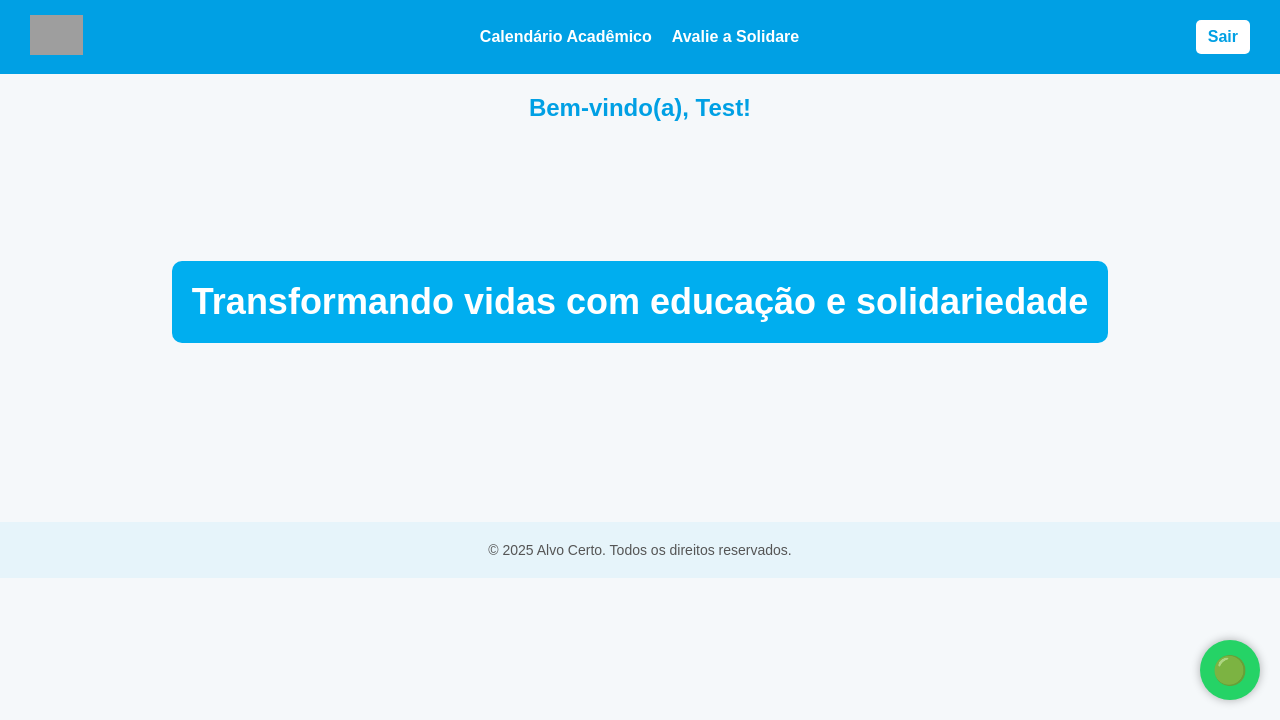
Repository: Guilherme-burle/Portal-do-Aluno-P2
Page: http://localhost/
The author's editor kept a copy of each file at every save. The page is drawn from the files as they stood at one save, then again after a run of saves.
The browser window is 1280 px wide. The pictures show the whole page.
Pictures or frames that could not be fetched are drawn as grey boxes. The page is served by the project's application, run on Django 5.2 (PortaldoAluno/manage.py). A made-up administrator, testuser (Test User, test@example.com), is signed in. Other server files are loaded and not shown.

Above is the page before, as saved 2025-05-16 16:50:33.

### PortaldoAluno/Aplicativo/templates/home.html
<!DOCTYPE html>
<html lang="pt-BR">
<head>
  <meta charset="UTF-8">
  <title>Home - Alvo Certo</title>
  <style>
    * {
      box-sizing: border-box;
    }

    body {
      margin: 0;
      font-family: Arial, sans-serif;
      background-color: #f5f8fa;
    }

    header {
      background-color: #00a0e4;
      padding: 15px 30px;
      display: flex;
      align-items: center;
      justify-content: space-between;
      position: sticky;
      top: 0;
      z-index: 1000;
      flex-wrap: wrap;
    }

    .logo img {
      height: 40px;
    }

    nav ul {
      list-style: none;
      margin: 0;
      padding: 0;
      display: flex;
      gap: 20px;
    }

    nav ul li a {
      color: white;
      text-decoration: none;
      font-weight: bold;
      transition: color 0.3s ease;
    }

    nav ul li a:hover {
      color: #ccefff;
    }

    .auth-buttons {
      display: flex;
      gap: 10px;
    }

    .auth-buttons a {
      background-color: white;
      color: #00a0e4;
      padding: 8px 12px;
      border-radius: 5px;
      text-decoration: none;
      font-weight: bold;
    }

    .auth-buttons a:hover {
      background-color: #e6f4fa;
    }

    .banner {
      background-size: cover;
      background-position: center;
      height: 320px;
      display: flex;
      align-items: center;
      justify-content: center;
      color: white;
      text-align: center;
      animation: zoomIn 20s infinite alternate ease-in-out;
    }

    @keyframes zoomIn {
      from {
        background-size: 100%;
      }
      to {
        background-size: 110%;
      }
    }

    .banner h1 {
      background-color: rgb(0, 174, 239);
      padding: 20px;
      border-radius: 10px;
      font-size: 36px;
    }

    .whatsapp-float {
      position: fixed;
      bottom: 20px;
      right: 20px;
      background-color: #25d366;
      color: white;
      border-radius: 50%;
      width: 60px;
      height: 60px;
      display: flex;
      align-items: center;
      justify-content: center;
      font-size: 28px;
      box-shadow: 0 0 10px rgba(0,0,0,0.3);
      z-index: 999;
      text-decoration: none;
    }

    footer {
      background-color: #e6f4fa;
      text-align: center;
      padding: 20px;
      margin-top: 60px;
      font-size: 14px;
      color: #555;
    }

    @media (max-width: 768px) {
      nav ul {
        flex-wrap: wrap;
        gap: 10px;
        margin-top: 10px;
      }

      .auth-buttons {
        margin-top: 10px;
      }

      .banner h1 {
        font-size: 24px;
        padding: 10px;
      }
    }
  </style>
</head>
<body>

  <header>
    <div class="logo">
      <img src="https://i.imgur.com/7H8lMIL.png" alt="Logo Alvo Certo">
    </div>

    <nav>
      <ul>
        {% if user.is_authenticated %}
        <li><a href="{% url 'calendario' %}">Calendário Acadêmico</a></li>
        <li><a href="{% url 'avaliacao' %}">Avalie a Solidare</a></li>
        {% endif %}
      </ul>
    </nav>

    <div class="auth-buttons">
      {% if user.is_authenticated %}
        <a href="{% url 'logout' %}">Sair</a>
      {% else %}
        <a href="{% url 'login' %}">Login</a>
        <a href="{% url 'cadastro' %}">Cadastro</a>
      {% endif %}
    </div>
  </header>

  {% if user.is_authenticated %}
  <h2 style="text-align: center; color: #00a0e4; margin-top: 20px;">
    Bem-vindo(a), {{ user.first_name|default:"usuário" }}!
  </h2>
  {% endif %}

  <section class="banner">
    <h1>Transformando vidas com educação e solidariedade</h1>
  </section>

  <a class="whatsapp-float" href="https://wa.me/5581932514480" target="_blank" title="Fale conosco no WhatsApp">
    🟢
  </a>

  <footer>
    © 2025 Alvo Certo. Todos os direitos reservados.
  </footer>

</body>
</html>

### PortaldoAluno/Aplicativo/decorators.py
from django.shortcuts import redirect

def login_required(view_func):
    def wrapper(request, *args, **kwargs):
        if not request.user.is_authenticated:
            return redirect('login')
        return view_func(request, *args, **kwargs)
    return wrapper

### PortaldoAluno/Aplicativo/views.py
from django.contrib.auth import logout
from django.contrib.auth.models import User
from django.shortcuts import render, redirect, get_object_or_404
from django.contrib.auth import authenticate, login as auth_login
from .models import Aluno, Avaliacao, EventoCalendario
from django.contrib import messages
from django.urls import reverse
from .decorators import login_required
from django.contrib.auth.hashers import make_password
from datetime import datetime
from datetime import date

@login_required
def home(request):
    return render(request, 'home.html')

@login_required
def home_adm(request):
    alunos = Aluno.objects.all()
    return render(request, 'homeadm.html', {'alunos': alunos})

def cadastro(request):
    if request.method == 'POST':
        nome = request.POST.get('nome')
        email = request.POST.get('email')
        senha = request.POST.get('senha')
        is_admin = request.POST.get('is_admin') == 'on'

        print(f"Nome: {nome}")
        print(f"E-mail: {email}")
        print(f"Senha: {senha}")
        print(f"Administrador: {is_admin}")

        if User.objects.filter(email=email).exists():
            return render(request, 'cadastro.html', {'mensagem': 'E-mail já está em uso.'})

        try:
            user = User.objects.create_user(
                username=email,
                email=email,
                password=senha,
                first_name=nome,
                is_superuser=is_admin,
                is_staff=is_admin
            )
            user.save()

            print(f"Usuário {user.username} cadastrado com sucesso!")

            return redirect('login')

        except Exception as e:
            print(f"Erro ao criar o usuário: {e}")
            return render(request, 'cadastro.html', {
                'mensagem': 'Erro ao cadastrar o usuário. Tente novamente.',
                'tipo_mensagem': 'error'
            })

    return render(request, 'cadastro.html')

def login(request):
    if request.method == 'POST':
        username = request.POST.get('username')
        password = request.POST.get('password')

        print(f"Username: {username}, Password: {password}")
        user = authenticate(request, username=username, password=password)

        if user:
            print("Usuário autenticado!")
            auth_login(request, user)
            return redirect('homeadm') if user.is_staff else redirect('home')
        else:
            print("Dados inválidos")
            return render(request, 'login.html', {'erro': 'Credenciais inválidas'})

    return render(request, 'login.html')

@login_required
def logout_view(request):
    logout(request)
    return redirect('home')

@login_required
def add_aluno(request):
    if request.method == 'POST':
        nome = request.POST.get('nome')
        data_nascimento = request.POST.get('data_nascimento')
        escolaridade = request.POST.get('escolaridade')
        turno = request.POST.get('turno')
        escola = request.POST.get('escola')
        endereco = request.POST.get('endereco')
        bairro = request.POST.get('bairro')
        telefone = request.POST.get('telefone')
        curso = request.POST.get('curso')

        if not all([nome, data_nascimento, escolaridade, turno, escola, endereco, bairro, telefone, curso]):
            return render(request, 'add.html', {'erro': 'Todos os campos são obrigatórios'})

        aluno = Aluno.objects.create(
            nome=nome,
            data_nascimento=data_nascimento,
            escolaridade=escolaridade,
            turno=turno,
            escola=escola,
            endereco=endereco,
            bairro=bairro,
            telefone=telefone,
            curso=curso,
        )

        aluno.save()

        messages.success(request, 'Aluno cadastrado com sucesso!')
        return render(request, 'add.html')

    return render(request, 'add.html')

@login_required
def ver(request):
    alunos = Aluno.objects.all()

    return render(request, 'ver.html', {'alunos': alunos})

@login_required
def deletar_alunos(request, aluno_id):
    aluno = get_object_or_404(Aluno, id=aluno_id)
    aluno.delete()
    return redirect(request.META.get('HTTP_REFERER', 'ver'))

@login_required
def editar_alunos(request, aluno_id):
    aluno = get_object_or_404(Aluno, id=aluno_id)

    if request.method == 'POST':
        nome = request.POST.get('nome')
        data_nascimento = request.POST.get('data_nascimento')
        escolaridade = request.POST.get('escolaridade')
        turno = request.POST.get('turno')
        escola = request.POST.get('escola')
        endereco = request.POST.get('endereco')
        bairro = request.POST.get('bairro')
        telefone = request.POST.get('telefone')
        curso = request.POST.get('curso')

        alterado = (
            nome != aluno.nome or
            data_nascimento != str(aluno.data_nascimento) or
            escolaridade != aluno.escolaridade or
            turno != aluno.turno or
            escola != aluno.escola or
            endereco != aluno.endereco or
            bairro != aluno.bairro or
            telefone != aluno.telefone or
            curso != aluno.curso
        )

        if alterado:
            aluno.nome = nome
            aluno.data_nascimento = data_nascimento
            aluno.escolaridade = escolaridade
            aluno.turno = turno
            aluno.escola = escola
            aluno.endereco = endereco
            aluno.bairro = bairro
            aluno.telefone = telefone
            aluno.curso = curso
            aluno.save()
            messages.success(request, 'Informações atualizadas com sucesso!')
        else:
            messages.error(request, 'Você precisa alterar alguma informação.')

    return render(request, 'editar.html', {'aluno': aluno})

@login_required
def avaliar_solidare(request):
    if request.method == 'POST':
        pergunta_1 = request.POST.get('pergunta_1')
        pergunta_2 = request.POST.get('pergunta_2')
        pergunta_3 = request.POST.get('pergunta_3')
        sugestao = request.POST.get('sugestao', '')

        if not all([pergunta_1, pergunta_2, pergunta_3]):
            messages.error(request, 'Responda todos os campos.')
            return render(request, 'avaliacao.html')

        Avaliacao.objects.create(
            pergunta_1=pergunta_1,
            pergunta_2=pergunta_2,
            pergunta_3=pergunta_3,
            sugestao=sugestao
        )
        messages.success(request, 'Avaliação enviada com sucesso!')

    return render(request, 'avaliacao.html')

@login_required
def calendario(request):
    hoje = date.today()
    eventos = EventoCalendario.objects.filter(user=request.user).order_by('data')
    meses = ["Janeiro", "Fevereiro", "Março", "Abril", "Maio", "Junho", "Julho", "Agosto", "Setembro", "Outubro", "Novembro", "Dezembro"]
    dias_semana = ["Dom", "Seg", "Ter", "Qua", "Qui", "Sex", "Sab"]
    contexto = {
        'meses': meses,
        'dias_semana': dias_semana,
        'eventos': eventos,
        'ano_atual': hoje.year,
        'mes_atual': hoje.month - 1
    }
    return render(request, 'calendario.html', contexto)

@login_required
def add_eventos(request):
    data = request.GET.get('data')

    if request.method == 'POST':
        nome = request.POST.get('nome')
        descricao = request.POST.get('descricao')


        if nome and data:
            EventoCalendario.objects.create(nome=nome, data=data, descricao=descricao, user=request.user)
            from django.contrib import messages
            messages.success(request, "Evento adicionado com sucesso!")
            return redirect('calendario')
        else:
            return render(request, 'add_eventos.html', {'erro': 'Dados incompletos.', 'data': data})

    if not data:
        return render(request, 'erro.html', {'mensagem': 'Data não informada.'})

    return render(request, 'add_eventos.html', {'data': data})

### PortaldoAluno/projeto/urls.py
"""
URL configuration for portal project.

The `urlpatterns` list routes URLs to views. For more information please see:
    https://docs.djangoproject.com/en/5.2/topics/http/urls/
Examples:
Function views
    1. Add an import:  from my_app import views
    2. Add a URL to urlpatterns:  path('', views.home, name='home')
Class-based views
    1. Add an import:  from other_app.views import Home
    2. Add a URL to urlpatterns:  path('', Home.as_view(), name='home')
Including another URLconf
    1. Import the include() function: from django.urls import include, path
    2. Add a URL to urlpatterns:  path('blog/', include('blog.urls'))
"""
from django.contrib import admin
from django.urls import path, include

urlpatterns = [
    path('admin/', admin.site.urls),
    path('', include('Aplicativo.urls')),
]

### PortaldoAluno/Aplicativo/urls.py
from django.urls import path
from . import views

urlpatterns = [
    path('', views.home, name='home'),
    path('login/', views.login, name='login'),
    path('logout/', views.logout_view, name='logout'),
    path('cadastro/', views.cadastro, name='cadastro'),
    path('add/', views.add_aluno, name='add'),
    path('homeadm/', views.home_adm, name='homeadm'),
    path('ver/', views.ver, name='ver'),
    path('ver/<int:aluno_id>/deletar', views.deletar_alunos, name='deletar'),
    path('ver/<int:aluno_id>/editar', views.editar_alunos, name='editar'),
    path('avaliacao/', views.avaliar_solidare, name='avaliacao'),
    path('calendario/', views.calendario, name='calendario'),
    path('add_eventos/', views.add_eventos, name='add_eventos'),
]

After the next 2 saves:
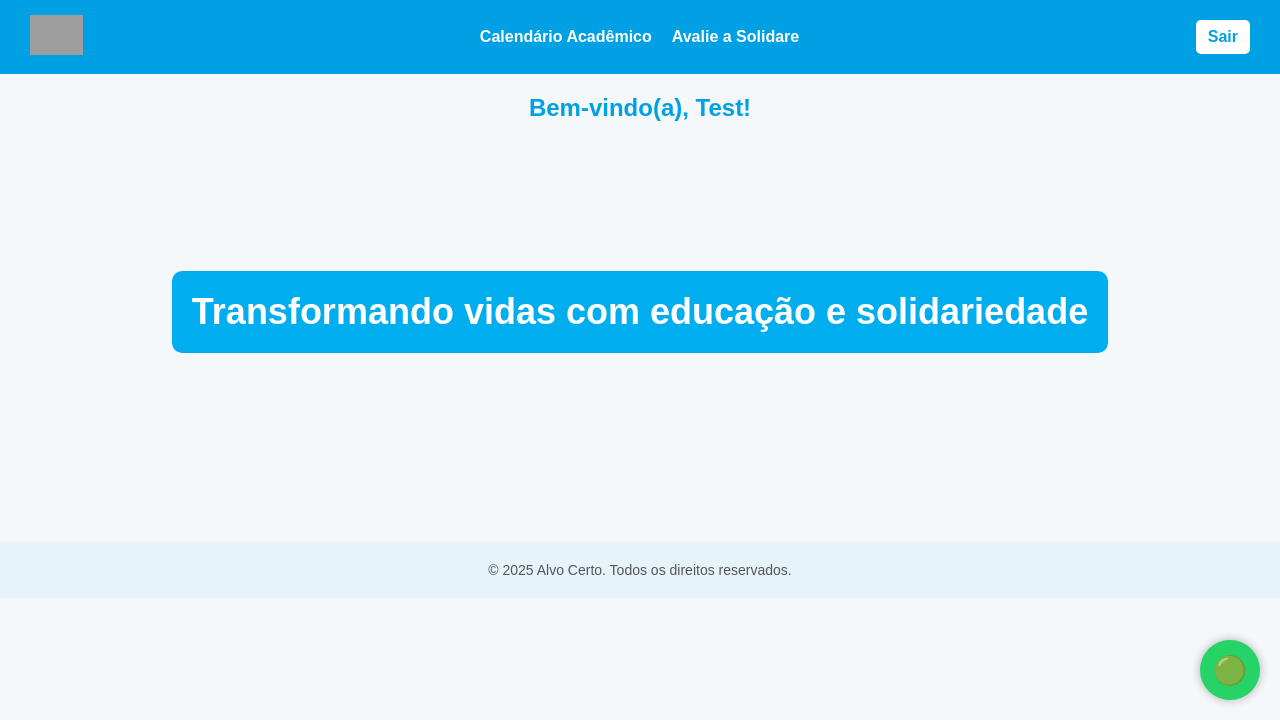
The 2 saves are shown as one change because they came seconds apart.
The last was saved 9 s later.
--- a/PortaldoAluno/Aplicativo/templates/home.html
+++ b/PortaldoAluno/Aplicativo/templates/home.html
@@ -70,7 +70,7 @@
     .banner {
       background-size: cover;
       background-position: center;
-      height: 320px;
+      height: 340px;
       display: flex;
       align-items: center;
       justify-content: center;
